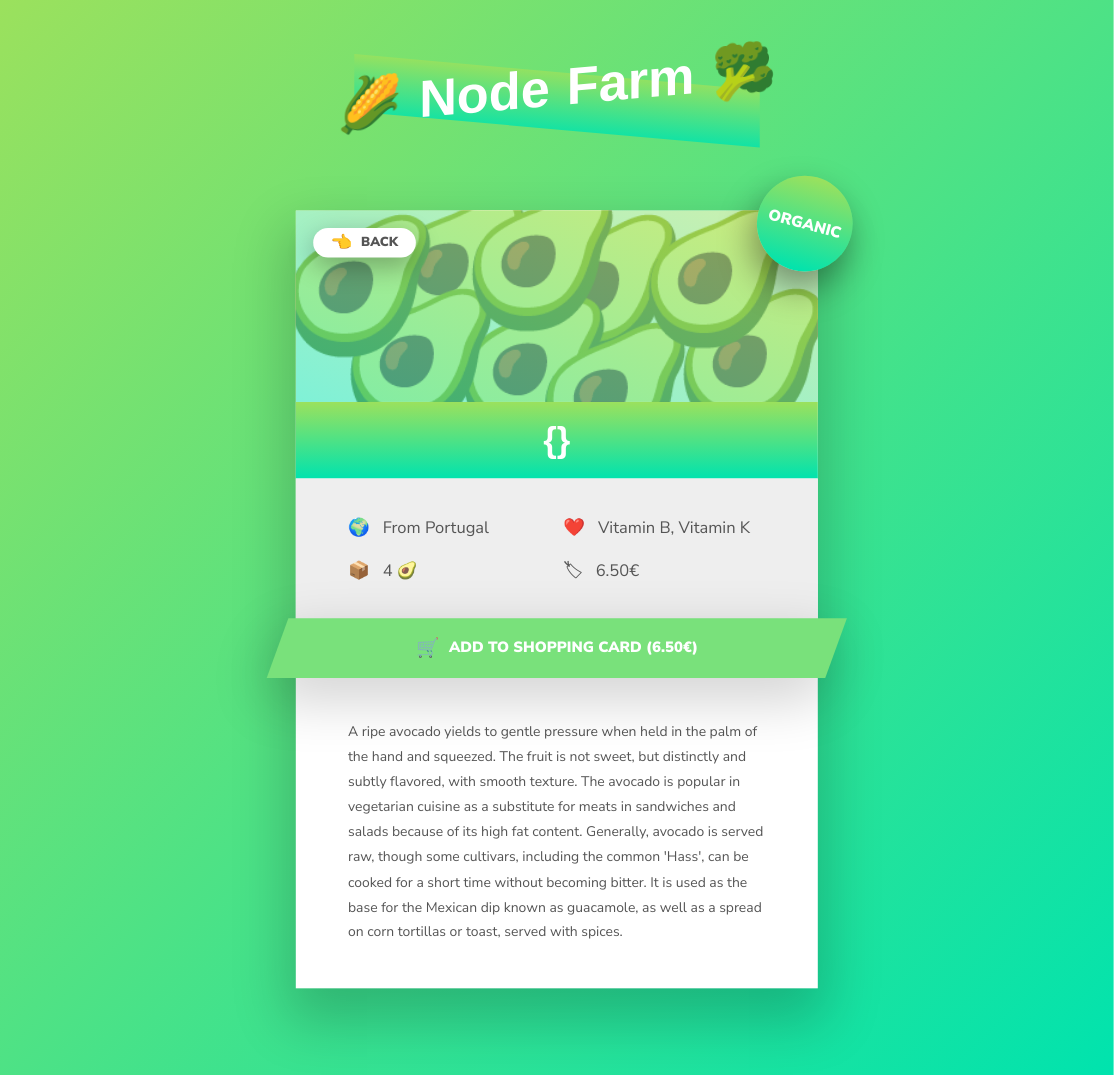
Repository: Kaii-Dev/NODEJS-by-JONAS
Page: 1-node-farm/starter/templates/product.html
These files come from the project's save history. The page is drawn as it stood at one moment and after a run of saves; the edit follows.
The browser window is 1280 px wide. The pictures show the whole page, at 87% of full size.
Some web fonts or font styles are not loaded; a fallback is used.

Above is the page before, as saved 2022-08-03 13:45:24.

### 1-node-farm/starter/templates/product.html
<!DOCTYPE html>
<html lang="en">
  <head>
    <meta charset="UTF-8" />
    <meta name="viewport" content="width=device-width, initial-scale=1.0" />
    <meta http-equiv="X-UA-Compatible" content="ie=edge" />
    <link
      href="https://fonts.googleapis.com/css?family=Megrim|Nunito+Sans:400,900"
      rel="stylesheet"
    />
    <link
      rel="icon"
      href="https://emojipedia-us.s3.dualstack.us-west-1.amazonaws.com/thumbs/240/apple/155/ear-of-maize_1f33d.png"
    />

    <title>Fresh Avocados 🥑 /// NODE FARM</title>

    <style>
      *,
      *::before,
      *::after {
        margin: 0;
        padding: 0;
        box-sizing: inherit;
      }

      html {
        font-size: 62.5%;
        box-sizing: border-box;
      }

      body {
        padding: 5rem 5rem 10rem;
        line-height: 1.7;
        font-family: 'Nunito Sans', sans-serif;
        color: #555;
        min-height: 100vh;
        background: linear-gradient(to bottom right, #9be15d, #00e3ae);
      }

      h1 {
        font-family: 'Megrim', sans-serif;
        font-size: 6rem;
        color: white;
        transform: skewY(-5deg);
        text-align: center;
        position: relative;
        word-spacing: 3px;
      }

      h1::before {
        content: '';
        display: block;
        height: 65%;
        width: 49%;
        position: absolute;
        top: 105%;
        left: 50%;
        background: linear-gradient(to bottom, #9be15d, #00e3ae);
        opacity: 0.8;
        z-index: -1;
        transform: skewY(370deg) translate(-50%, -50%);
      }

      .container {
        width: 95rem;
        margin: 0 auto;
      }

      .product {
        width: 60rem;
        margin: 0 auto;
        margin-top: 9rem;
        background: white;
        box-shadow: 0 3rem 6rem 1rem rgba(0, 0, 0, 0.2);
        position: relative;
      }

      .product__hero {
        position: relative;
        height: 22rem;
        overflow: hidden;
      }

      .product__hero::before {
        content: '';
        display: block;
        height: 100%;
        width: 100%;
        position: absolute;
        top: 0;
        left: 0;
        background-image: linear-gradient(to left bottom, #9be15d, #00e3ae);
        opacity: 0.5;
        z-index: 100;
      }

      .product__emoji {
        font-size: 15rem;
        position: absolute;
      }

      .product__emoji--1 {
        top: -4rem;
        left: -2rem;
        z-index: 10;
      }

      .product__emoji--2 {
        top: -6rem;
        left: 9rem;
      }

      .product__emoji--3 {
        top: -4rem;
        right: 15rem;
      }

      .product__emoji--4 {
        top: -5rem;
        right: 2rem;
        z-index: 10;
      }

      .product__emoji--5 {
        bottom: -9rem;
        left: 18rem;
      }

      .product__emoji--6 {
        bottom: -8rem;
        left: 5rem;
      }

      .product__emoji--7 {
        bottom: -12rem;
        right: 14rem;
      }

      .product__emoji--8 {
        bottom: -8rem;
        right: -2rem;
      }

      .product__emoji--9 {
        top: -7rem;
        left: 19rem;
      }

      .product__organic {
        position: absolute;
        top: -4rem;
        right: -4rem;
        z-index: 1000;
        height: 11rem;
        width: 11rem;
        background-image: linear-gradient(to bottom, #9be15d, #00e3ae);
        border-radius: 50%;
        transform: rotate(15deg);
        box-shadow: 0 2rem 4rem rgba(0, 0, 0, 0.4);
        display: flex;
        align-items: center;
        justify-content: center;
      }

      .product__organic h5 {
        font-weight: 900;
        text-transform: uppercase;
        font-size: 1.8rem;
        color: white;
      }

      .product__back:link,
      .product__back:visited {
        position: absolute;
        top: 2rem;
        left: 2rem;
        font-size: 1.5rem;
        font-weight: 700;
        text-transform: uppercase;
        text-decoration: none;
        z-index: 1000;
        color: #555;
        background-color: white;
        box-shadow: 0 1rem 3rem rgba(0, 0, 0, 0.3);
        border-radius: 100rem;
        padding: 0 2rem;
        transition: all 0.3s;
        display: flex;
        align-items: center;
      }

      .product__back:hover,
      .product__back:active {
        background-color: #79e17b;
      }

      .product__name {
        background: linear-gradient(to bottom, #9be15d, #00e3ae);
        padding: 1rem;
        font-family: 'Megrim', sans-serif;
        font-size: 4rem;
        color: white;
        text-align: center;
        word-spacing: 2px;
      }

      .product__details {
        background-color: #eee;
        padding: 4rem 6rem;
        font-size: 1.9rem;
        display: grid;
        grid-template-columns: 1fr 1fr;
        grid-gap: 1.5rem;
      }

      .product__description {
        padding: 5rem 6rem;
        font-size: 1.6rem;
        line-height: 1.8;
      }

      .product__link:link,
      .product__link:visited {
        display: block;
        background-color: #79e17b;
        color: white;
        font-size: 1.6rem;
        font-weight: 700;
        text-transform: uppercase;
        text-decoration: none;
        padding: 1.5rem;
        text-align: center;
        transform: scale(1.07) skewX(-20deg);
        box-shadow: 0 2rem 6rem rgba(0, 0, 0, 0.2);
        display: flex;
        align-items: center;
        justify-content: center;
        transition: all 0.3s;
      }

      .product__link:hover,
      .product__link:active {
        background-color: #9be15d;
        transform: scale(1.1) skewX(-20deg);
      }

      .product__link span {
        transform: skewX(20deg);
      }

      .emoji-left {
        font-size: 2rem;
        margin-right: 1rem;
      }

      .emoji-right {
        font-size: 2rem;
        margin-left: 1rem;
      }

      .not-organic {
        display: none;
      }
    </style>
  </head>

  <body>
    <div class="container">
      <h1>🌽 Node Farm 🥦</h1>

      <figure class="product">
        <div class="product__organic"><h5>Organic</h5></div>
        <a href="#" class="product__back">
          <span class="emoji-left">👈</span>Back
        </a>
        <div class="product__hero">
          <span class="product__emoji product__emoji--1">🥑</span>
          <span class="product__emoji product__emoji--2">🥑</span>
          <span class="product__emoji product__emoji--3">🥑</span>
          <span class="product__emoji product__emoji--4">🥑</span>
          <span class="product__emoji product__emoji--5">🥑</span>
          <span class="product__emoji product__emoji--6">🥑</span>
          <span class="product__emoji product__emoji--7">🥑</span>
          <span class="product__emoji product__emoji--8">🥑</span>
          <span class="product__emoji product__emoji--9">🥑</span>
        </div>
        <h2 class="product__name">{}</h2>
        <div class="product__details">
          <p><span class="emoji-left">🌍</span> From Portugal</p>
          <p><span class="emoji-left">❤️</span> Vitamin B, Vitamin K</p>
          <p><span class="emoji-left">📦</span> 4 🥑</p>
          <p><span class="emoji-left">🏷</span> 6.50€</p>
        </div>

        <a href="#" class="product__link">
          <span class="emoji-left">🛒</span>
          <span>Add to shopping card (6.50€)</span>
        </a>

        <p class="product__description">
          A ripe avocado yields to gentle pressure when held in the palm of the
          hand and squeezed. The fruit is not sweet, but distinctly and subtly
          flavored, with smooth texture. The avocado is popular in vegetarian
          cuisine as a substitute for meats in sandwiches and salads because of
          its high fat content. Generally, avocado is served raw, though some
          cultivars, including the common 'Hass', can be cooked for a short time
          without becoming bitter. It is used as the base for the Mexican dip
          known as guacamole, as well as a spread on corn tortillas or toast,
          served with spices.
        </p>
      </figure>

    </div>
  </body>
</html>

After the next 4 saves:
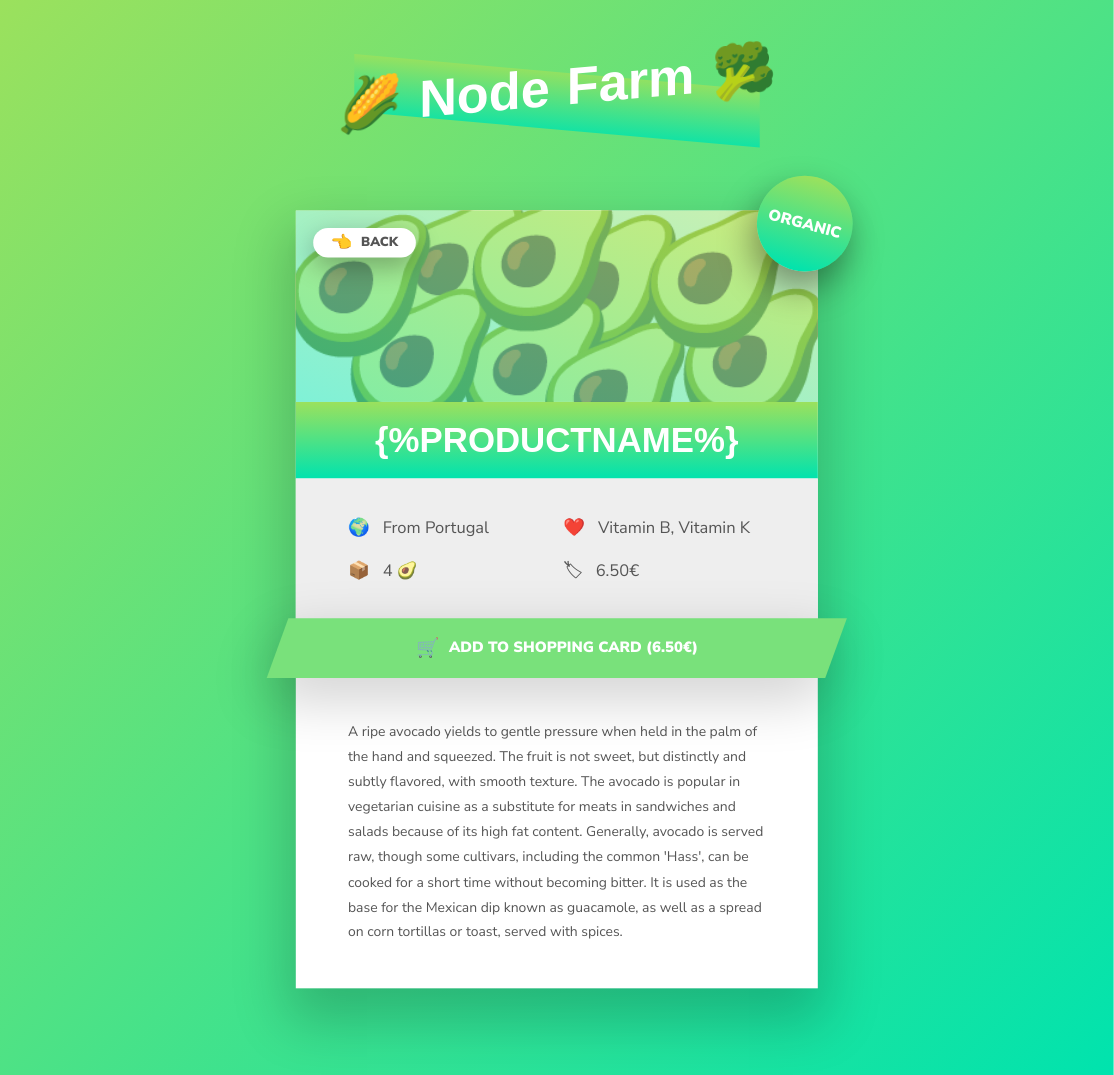
The 4 saves are shown as one change because they came seconds apart.
The last was saved 12 s later.
--- a/1-node-farm/starter/templates/product.html
+++ b/1-node-farm/starter/templates/product.html
@@ -285,7 +285,7 @@
           <span class="product__emoji product__emoji--8">🥑</span>
           <span class="product__emoji product__emoji--9">🥑</span>
         </div>
-        <h2 class="product__name">{}</h2>
+        <h2 class="product__name">{%PRODUCTNAME%}</h2>
         <div class="product__details">
           <p><span class="emoji-left">🌍</span> From Portugal</p>
           <p><span class="emoji-left">❤️</span> Vitamin B, Vitamin K</p>
